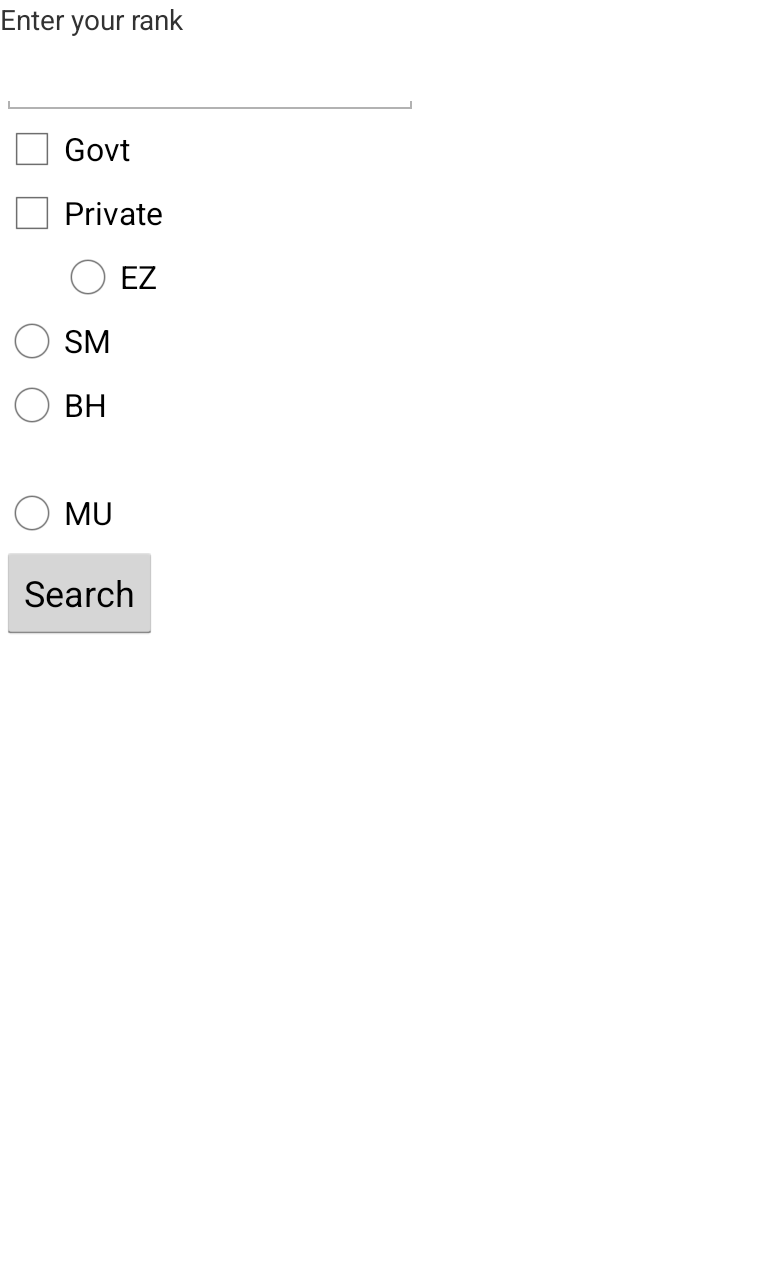
Repository: sandeepsas/Keam360
Layout: KEAM360/res/layout/activity_main.xml
These files come from the project's save history. The layout is drawn as it stood at one moment and after a run of saves; the edit follows.
It is drawn on a 768 x 1280 px phone screen (xhdpi) without system bars, with theme AppTheme; the app's code is not run.

Above is the layout before, as saved 2015-08-02 18:31:01.

After the next 2 saves:
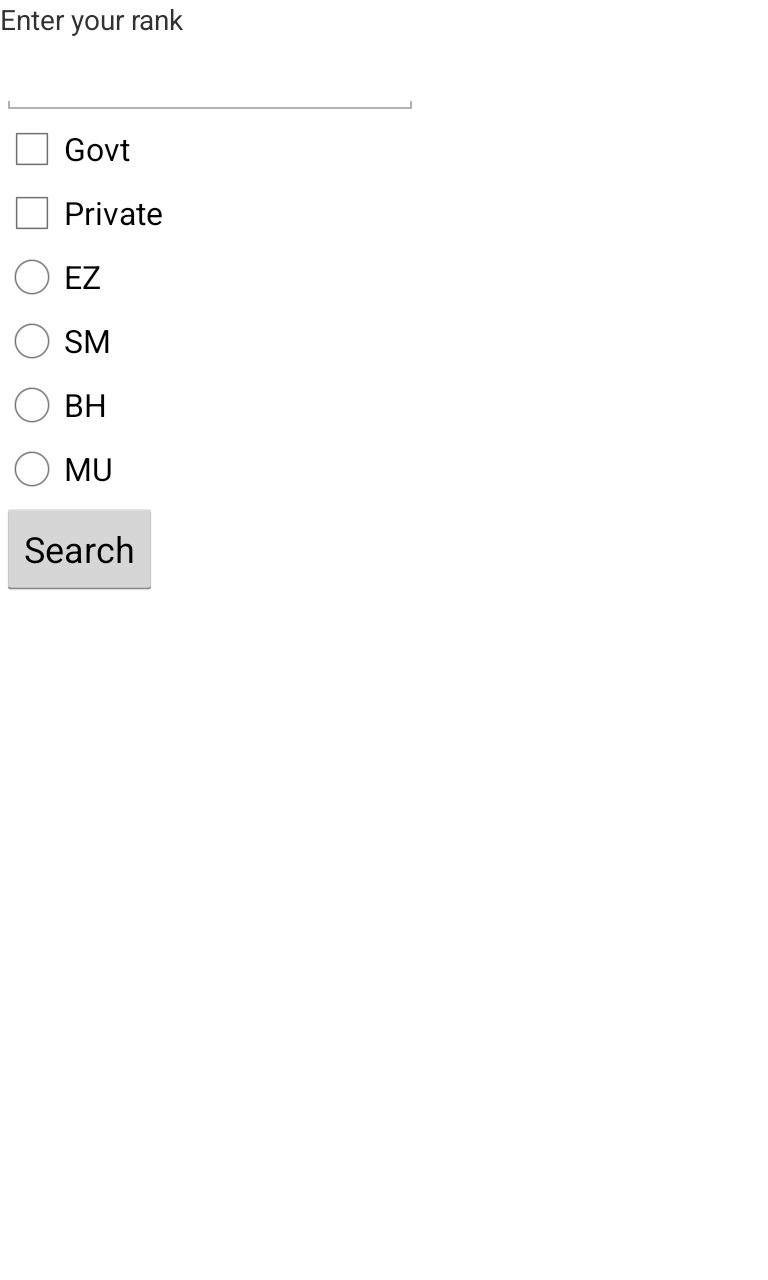
The 2 saves are shown as one change because 1 did not build or start.
The last was saved 2 min 11 s later.
--- a/KEAM360/res/layout/activity_main.xml
+++ b/KEAM360/res/layout/activity_main.xml
@@ -36,40 +36,30 @@
             android:id="@+id/RadioButton02"
             android:layout_width="wrap_content"
             android:layout_height="wrap_content"
-            android:layout_marginLeft="28dp"
             android:text="EZ" />
 
         <RadioButton
             android:id="@+id/radioButton1"
             android:layout_width="wrap_content"
             android:layout_height="wrap_content"
-            android:layout_alignLeft="@+id/checkBox1"
-            android:layout_centerVertical="true"
             android:text="SM" />
 
         <RadioButton
             android:id="@+id/RadioButton01"
             android:layout_width="wrap_content"
             android:layout_height="wrap_content"
-            android:layout_centerVertical="true"
-            android:layout_toLeftOf="@+id/checkBox2"
             android:text="BH" />
 
         <RadioButton
             android:id="@+id/RadioButton03"
             android:layout_width="wrap_content"
             android:layout_height="wrap_content"
-            android:layout_alignRight="@+id/textView1"
-            android:layout_below="@+id/RadioButton01"
-            android:layout_marginTop="22dp"
             android:text="MU" />
     </RadioGroup>
     <Button
         android:id="@+id/button1"
         android:layout_width="wrap_content"
         android:layout_height="wrap_content"
-        android:layout_alignParentBottom="true"
-        android:layout_centerHorizontal="true"
         android:layout_marginBottom="68dp"
         android:text="Search" />
 
